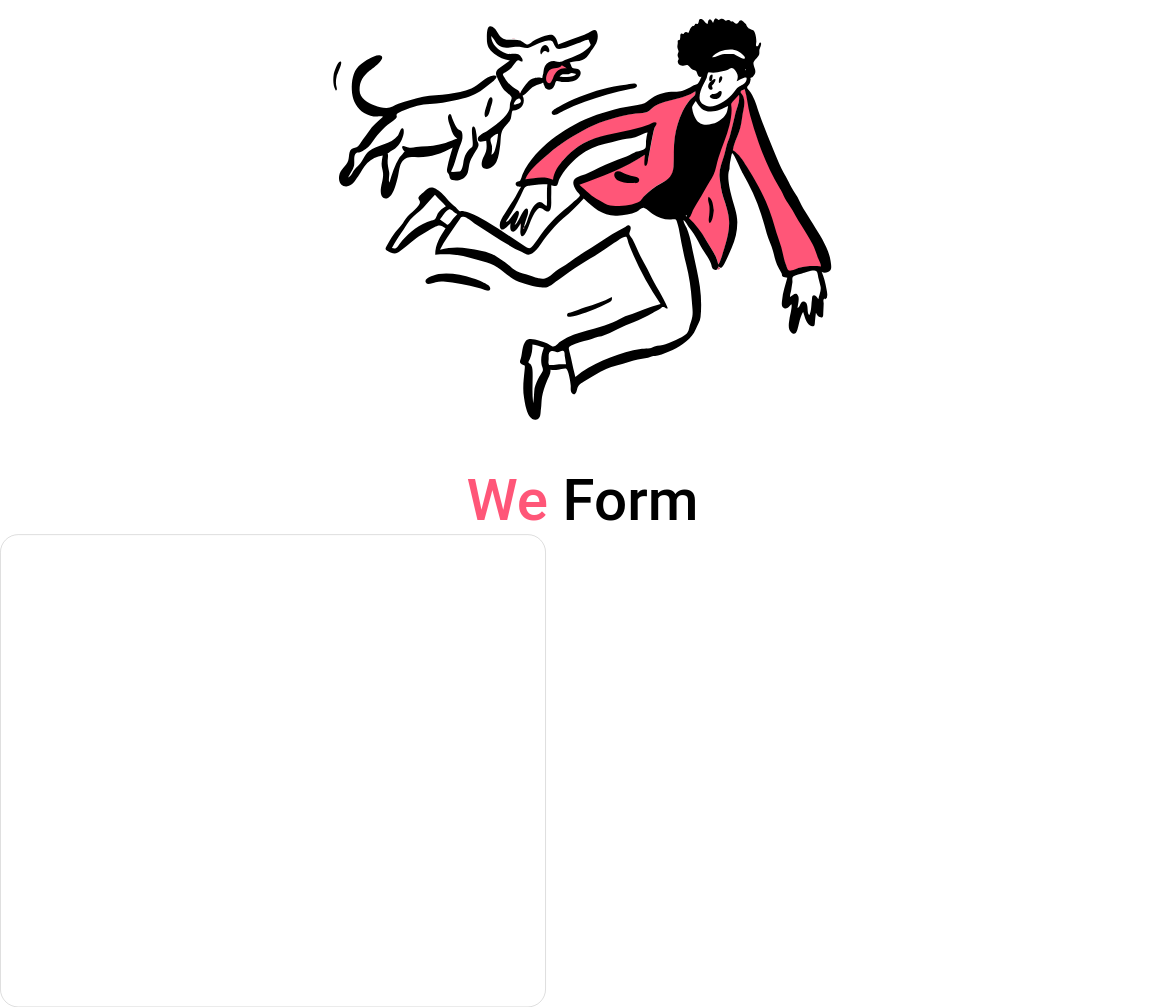
Repository: guilhermecardoso93/we-form
Page: index.html
An editor plug-in stored every save of this project. The page is shown before and after the next save, followed by the edit.
The browser window is 1280 px wide. The pictures show the whole page, at 91% of full size.

Above is the page before, as saved 2024-06-09 11:59:47.

After the next save:
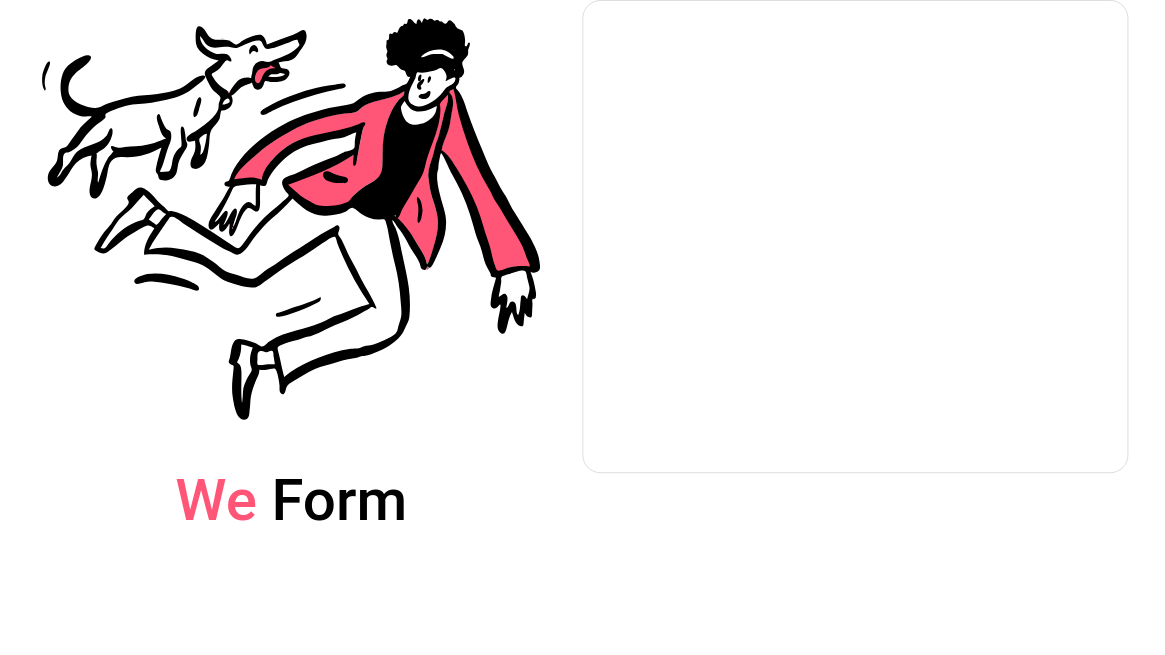
Saved 13 s later.
--- a/styles.css
+++ b/styles.css
@@ -3,6 +3,10 @@
   margin: 0;
   box-sizing: border-box;
 
+}
+
+.content {
+  display: flex;
 }
 
 aside {
